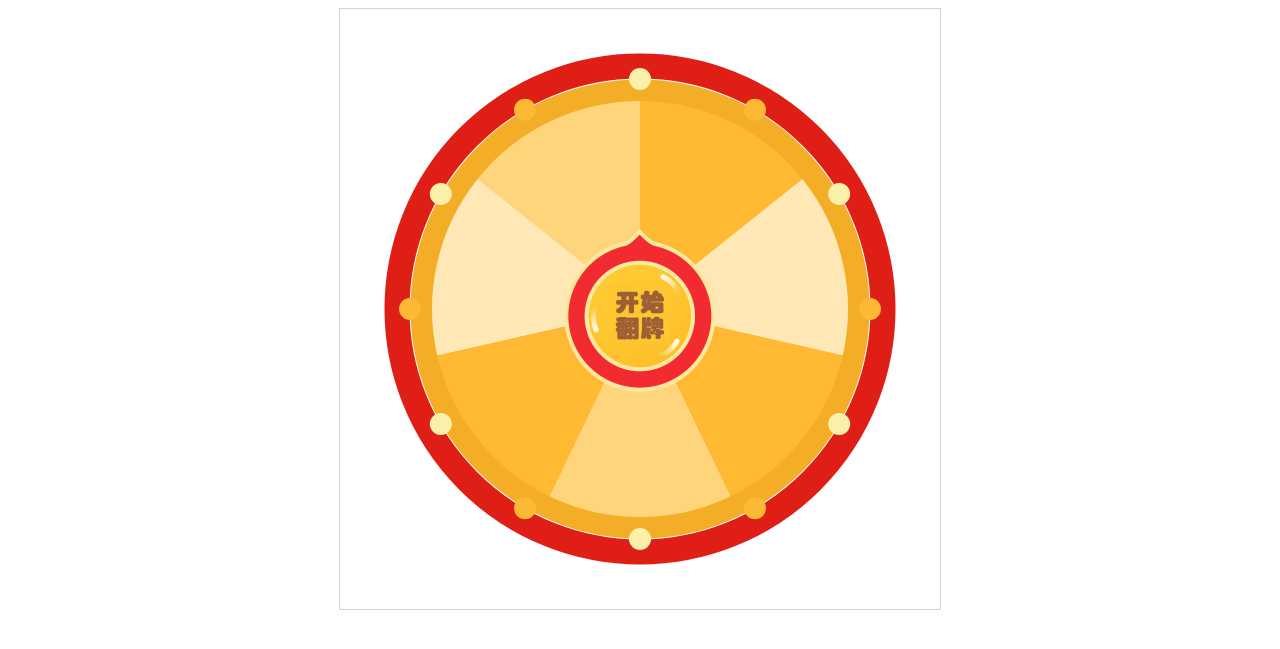
Repository: LEOHL/flop
Page: index.html
The author's editor kept a copy of each file at every save. The page is drawn from the files as they stood at one save, then again after the next save.
The browser window is 1280 px wide. The pictures show the whole page.

Above is the page before, as saved 2019-11-27 21:12:34.
Not found: images/2.png
Not found: images/3.png
Not found: images/4.png

After the next save:
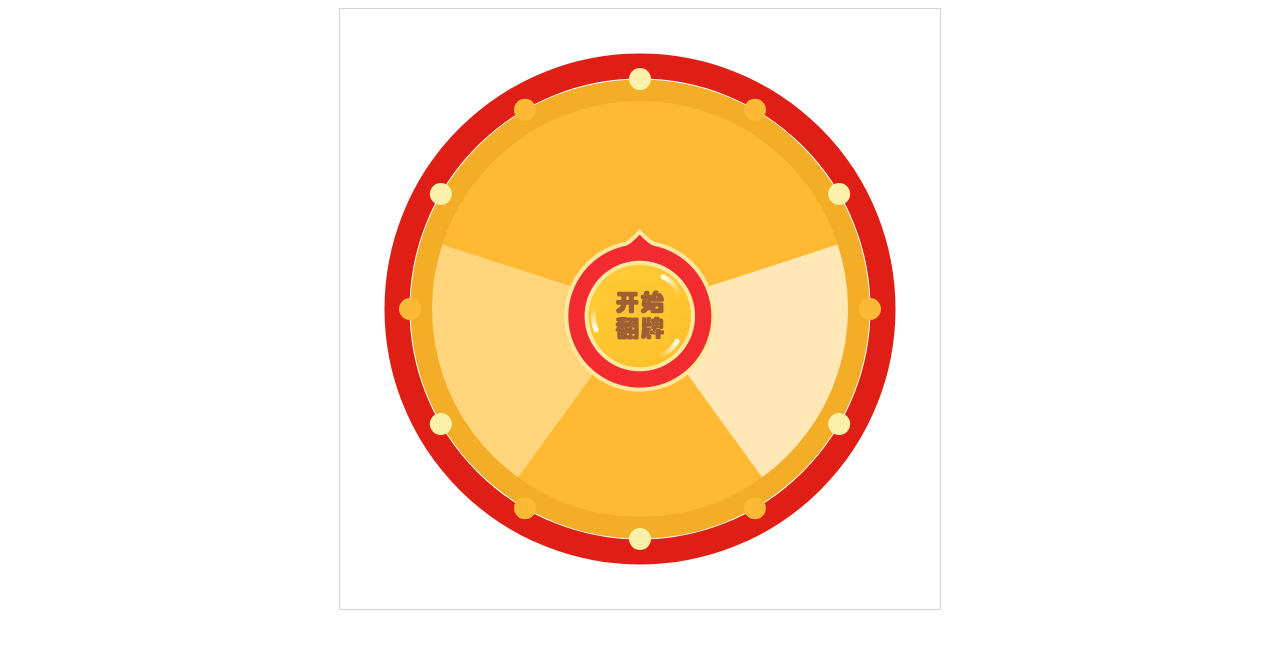
Not found: honey.jpg
Not found: images/honey.jpg
Saved 1328 days later.
--- a/index.html
+++ b/index.html
@@ -54,53 +54,39 @@
         var initData = {
             "success": true,
             "list": [{
-                "id": 100,
-                "name": "5000元京东卡",
-                "image": "images/1.png",
-                "rank":1,
-                "percent":3
-            },
+                    "id": 100,
+                    "name": "亲爱的",
+                    "image": "images/honey.jpg",
+                    "rank":1,
+                    "percent":3
+                },
                 {
                     "id": 101,
-                    "name": "1000元京东卡",
-                    "image": "images/2.png",
+                    "name": "哥哥",
+                    "image": "honey.jpg",
                     "rank":2,
                     "percent":5
                 },
                 {
                     "id": 102,
-                    "name": "100个比特币",
-                    "image": "images/3.png",
+                    "name": "宝贝",
+                    "image": "honey.jpg",
                     "rank":3,
                     "percent":2
                 },
                 {
                     "id": 103,
-                    "name": "50元话费",
-                    "image": "images/4.png",
+                    "name": "老公",
+                    "image": "honey.jpg",
                     "rank":4,
-                    "percent":49
+                    "percent":60
                 },
                 {
                     "id": 104,
-                    "name": "100元话费",
-                    "image": "images/5.png",
+                    "name": "宝宝",
+                    "image": "honey.jpg",
                     "rank":5,
                     "percent":30
-                },
-                {
-                    "id": 105,
-                    "name": "500个比特币",
-                    "image": "images/6.png",
-                    "rank":6,
-                    "percent":1
-                },
-                {
-                    "id": 106,
-                    "name": "500元京东卡",
-                    "image": "images/7.png",
-                    "rank":7,
-                    "percent":10
                 }
             ]
         }
